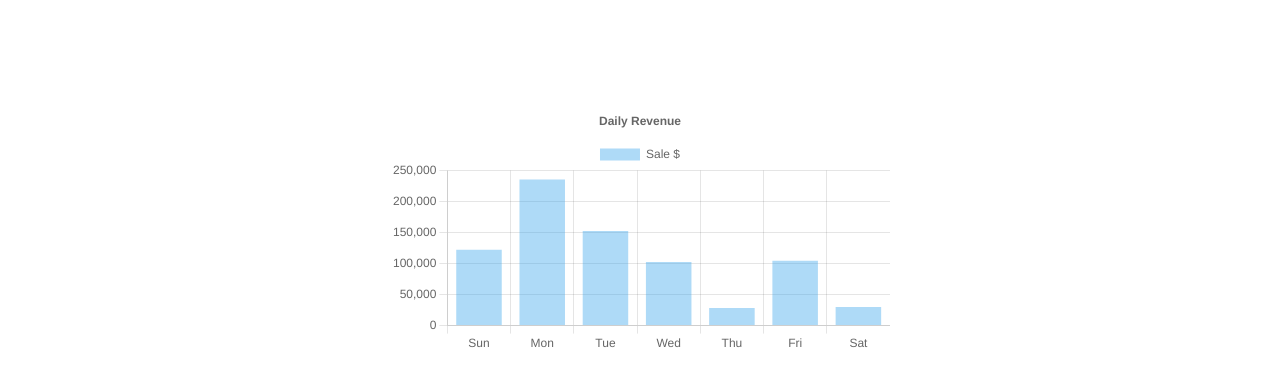
Repository: k8ANStar/exercise-5
Page: /
The author's editor kept a copy of each file at every save. The page is drawn from the files as they stood at one save, then again after the next save.
The browser window is 1280 px wide. The pictures show the whole page.
The project was rebuilt for these pictures with package versions that can differ from the ones it lists, and the page was loaded fresh each time. The framework's server and built-in components were replaced by stand-ins that run in the browser. Also part of the build but not shown: next.config.mjs.

Above is the page before, as saved 2024-04-15 10:11:12.

After the next save:
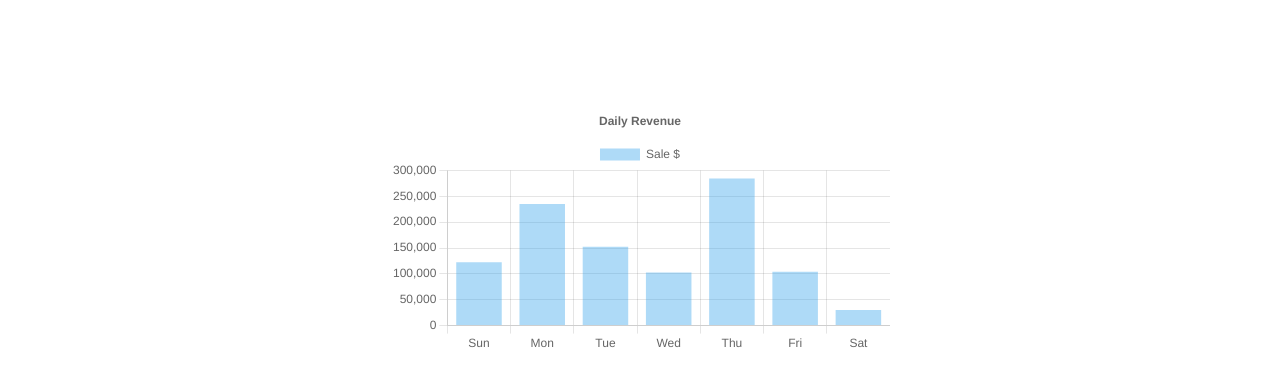
Saved 16 s later.
--- a/components/VerticalChart/index.js
+++ b/components/VerticalChart/index.js
@@ -33,7 +33,7 @@ export default function VerticalChart() {
 			datasets: [
 				{
 					label: "Sale $",
-					data: [122340, 235256, 152455, 102430, 28456, 104326, 30000],
+					data: [122340, 235256, 152455, 102430, 284569, 104326, 30000],
 					borderColor: "rgb(53, 162, 235)",
 					backgroundColor: "rgb(53, 162, 235, 0.4)",
 				},
